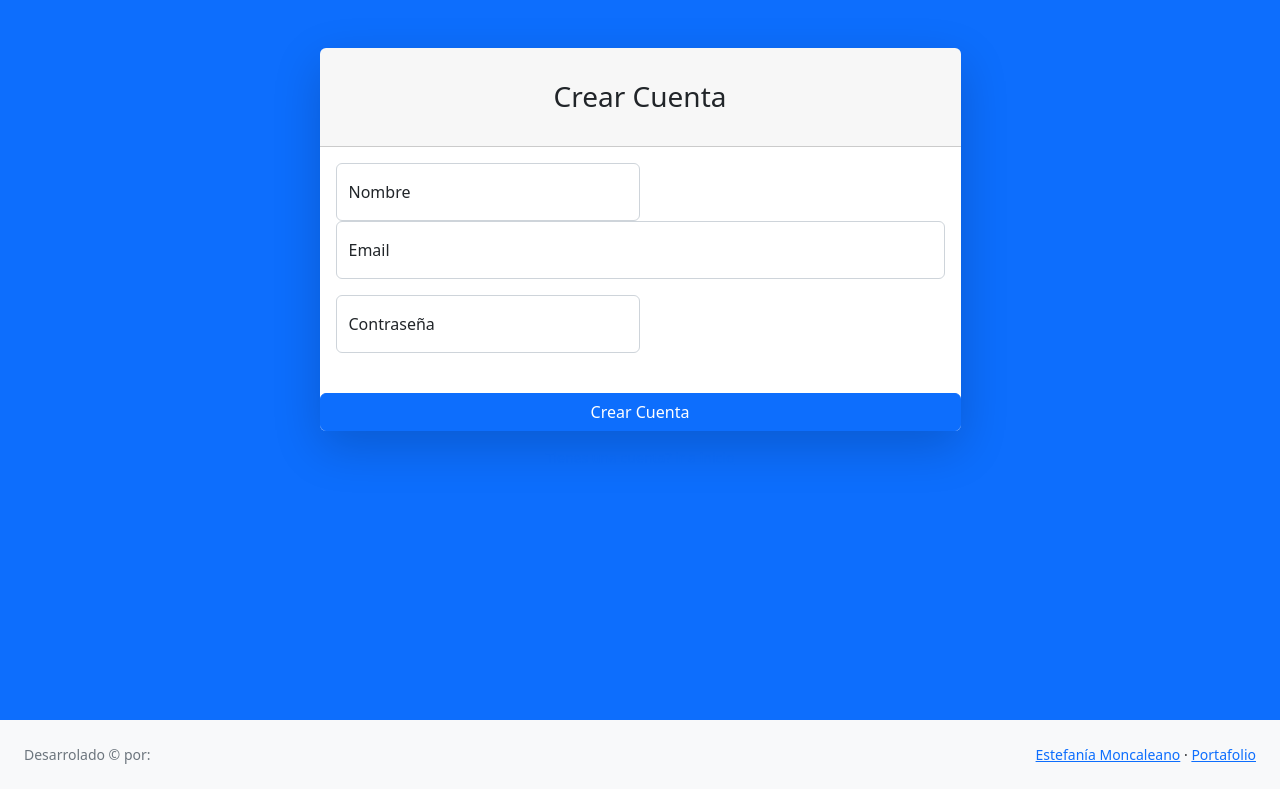
Repository: EstefaMH/Dashboard
Page: register.html
These files come from the project's save history. The page is drawn as it stood at one moment and after a run of saves; the edit follows.
The browser window is 1280 px wide. The pictures show the whole page.
Some web libraries are served in a nearby version.

Above is the page before, as saved 2023-12-29 02:40:20.

### register.html
<!DOCTYPE html>
<html lang="en">

<head>
    <meta charset="utf-8" />
    <meta http-equiv="X-UA-Compatible" content="IE=edge" />
    <meta name="viewport" content="width=device-width, initial-scale=1, shrink-to-fit=no" />
    <meta name="description" content="" />
    <meta name="author" content="" />
    <title>Registro - Admin</title>
    <link href="styles/styles.css" rel="stylesheet" />
    <script src="https://use.fontawesome.com/releases/v6.3.0/js/all.js" crossorigin="anonymous"></script>
</head>

<body class="bg-primary">
    <div id="layoutAuthentication">
        <div id="layoutAuthentication_content">
            <main>
                <div class="container">
                    <div class="row justify-content-center">
                        <div class="col-lg-7">
                            <div class="card shadow-lg border-0 rounded-lg mt-5">
                                <div class="card-header">
                                    <h3 class="text-center font-weight-light my-4">Crear Cuenta</h3>
                                </div>
                                <div class="card-body">
                                    <form class="form_register" id="form_register" name="form_register" onsubmit="submitFormRegister()">

                                            <div class="col-md-6">
                                                <div class="form-floating mb-3 mb-md-0">
                                                    <input required name="userName" class="form-control" id="inputFirstName"
                                                        type="text" placeholder="Enter your first name" />
                                                    <label for="inputFirstName">Nombre</label>
                                                </div>
                                            </div>


                                        <div class="form-floating mb-3">
                                            <input required name="email" class="form-control" id="inputEmail" type="email"
                                                placeholder="name@example.com" />
                                            <label for="inputEmail">Email </label>
                                        </div>

                                            <div class="col-md-6">
                                                <div class="form-floating mb-3 mb-md-0">
                                                    <input name="password" class="form-control" id="inputPassword"
                                                        type="password" placeholder="Create a password" />
                                                    <label for="inputPassword">Contraseña</label>
                                                </div>
                                            </div>

                                        </div>
                                        <div class="mt-4 mb-0">
                                            <div class="d-grid">
                                                <button class="btn btn-primary btn-block">Crear
                                                    Cuenta
                                                </button>
                                            </div>
                                        </div>
                                    </form>
                                </div>
                                <div class="card-footer text-center py-3">
                                    <div class="small"><a href="dashboard.html">Tienes una cuenta? ir a inicio</a></div>
                                </div>
                            </div>
                        </div>
                    </div>
                </div>
            </main>
        </div>
        <div id="layoutAuthentication_footer">
            <footer-component></footer-component>
        </div>
    </div>
    <script src="https://cdn.jsdelivr.net/npm/bootstrap@5.2.3/dist/js/bootstrap.bundle.min.js"
        crossorigin="anonymous"></script>
    <script src="js/scripts.js"></script>
    <script src="components/Footer.js"></script>
    <script src="functions/Auth/Register.js"></script>
    <script src="services/POST/postAdmin.js"></script>
    <script src="handlers/Register.js"></script>
    <script src="models/Admin.js"></script>
</body>

</html>

### js/scripts.js
/*!
    * Start Bootstrap - SB Admin v7.0.7 (https://startbootstrap.com/template/sb-admin)
    * Copyright 2013-2023 Start Bootstrap
    * Licensed under MIT (https://github.com/StartBootstrap/startbootstrap-sb-admin/blob/master/LICENSE)
    */
    //
// Scripts
//

window.addEventListener('DOMContentLoaded', event => {

    // Toggle the side navigation
    const sidebarToggle = document.body.querySelector('#sidebarToggle');
    if (sidebarToggle) {
        // Uncomment Below to persist sidebar toggle between refreshes
        // if (localStorage.getItem('sb|sidebar-toggle') === 'true') {
        //     document.body.classList.toggle('sb-sidenav-toggled');
        // }
        sidebarToggle.addEventListener('click', event => {
            event.preventDefault();
            document.body.classList.toggle('sb-sidenav-toggled');
            localStorage.setItem('sb|sidebar-toggle', document.body.classList.contains('sb-sidenav-toggled'));
        });
    }

});

### components/Footer.js
class FooterComponent extends HTMLElement {

    constructor() {
        super();
        this.render();
    }

    render() {
        this.innerHTML =
            `
            <footer class="py-4 bg-light mt-auto">
                <div class="container-fluid px-4">
                    <div class="d-flex align-items-center justify-content-between small">
                        <div class="text-muted">Desarrolado &copy; por: </div>
                        <div>
                            <a href="https://www.linkedin.com/in/estefan%C3%ADa-moncaleano">Estefanía Moncaleano</a>
                            &middot;
                            <a href="https://portafolio-react-og8w6l76g-estefamh.vercel.app/skills">Portafolio </a>
                        </div>
                    </div>
                </div>
            </footer>
                `
    }
}

customElements.define("footer-component", FooterComponent);

### functions/Auth/Register.js
async function submitFormRegister() {

    const admin = new Admin();

    let form = new FormData(form_register)
    console.log(form);
    const jsonData = {};

    form.forEach((value, key) => {
      jsonData[key] = value;
    });

    admin.userName = jsonData['userName'];
    admin.email = jsonData['email'];
    admin.password = jsonData['password'];

    postAdmin(admin.userName,admin.password , admin.email)
    handleRegister()
  }

### services/POST/postAdmin.js
async function postAdmin(userName, password, email) {

    try {

        const baseUrl = "http://localhost:3000";

        const data = { userName, password, email }

        const headers = {

            method: "POST",
            headers: {
                "Content-Type": "application/json",
            },
            body: JSON.stringify(data),

        }

        const response = await fetch(`${baseUrl}/admin`, headers);

        return response.status;


    } catch (error) {
        console.error("Error:", error);
    }


}

### handlers/Register.js


const handleRegister = () => {
    document.getElementById("form_register")
    .action = "index.html"
}

### models/Admin.js
class Admin {

    constructor(userName, email, password) {
        this.userName = userName;
        this.email = email;
        this.password = password;
    }

    setUser(userName, email, password) {
        localStorage.setItem("userName", userName);
        localStorage.setItem("email", email);
        localStorage.setItem("password", password);
    }

    removeUser() {
        localStorage.removeItem("userName");
        localStorage.removeItem("email");
        localStorage.removeItem("password");

        location.href = ("login.html");
    }


    async findUser(email) {


        let response = getAdmin().then((data) => {

            console.log(data)
            let adminData = data.find(admin => admin.email === email);
            console.log(adminData)

            return adminData;

        })
            .catch(error => {
                console.error('Error en la solicitud:', error);
            });

        return response;
    }

    async validationCredentialsUser(emailForm, passwordForm) {

        let user = await this.findUser(emailForm);
        console.log(user);

        if (user == undefined) {

            Swal.fire({
                title: "Usuario no encontrado",
                text: "Verifica tu email o registrate",
                icon: "warning",
                showCancelButton: true,
                confirmButtonText: "Registrarme",
                cancelButtonText: "Cancelar",
                reverseButtons: true
            }).then((result) => {
                if (result.isConfirmed) {
                    location.href = "register.html";
                }
            });
        }


        let { userName, password, email } = user


        if (emailForm != email) {

            Swal.fire({
                title: "Credenciales incorrectas",
                text: "El email ingresado es incorrecto",
                icon: "error"
            });

        } else if (passwordForm != password) {
            Swal.fire({
                title: "Credenciales incorrectas",
                text: "La contraseña ingresada es incorrecta",
                icon: "error"
            });

        } else {
            location.href = "dashboard.html";
            this.setUser(userName, email, password)
        }
    }

}

Loaded but not shown: styles/styles.css (library)

After the next 2 saves:
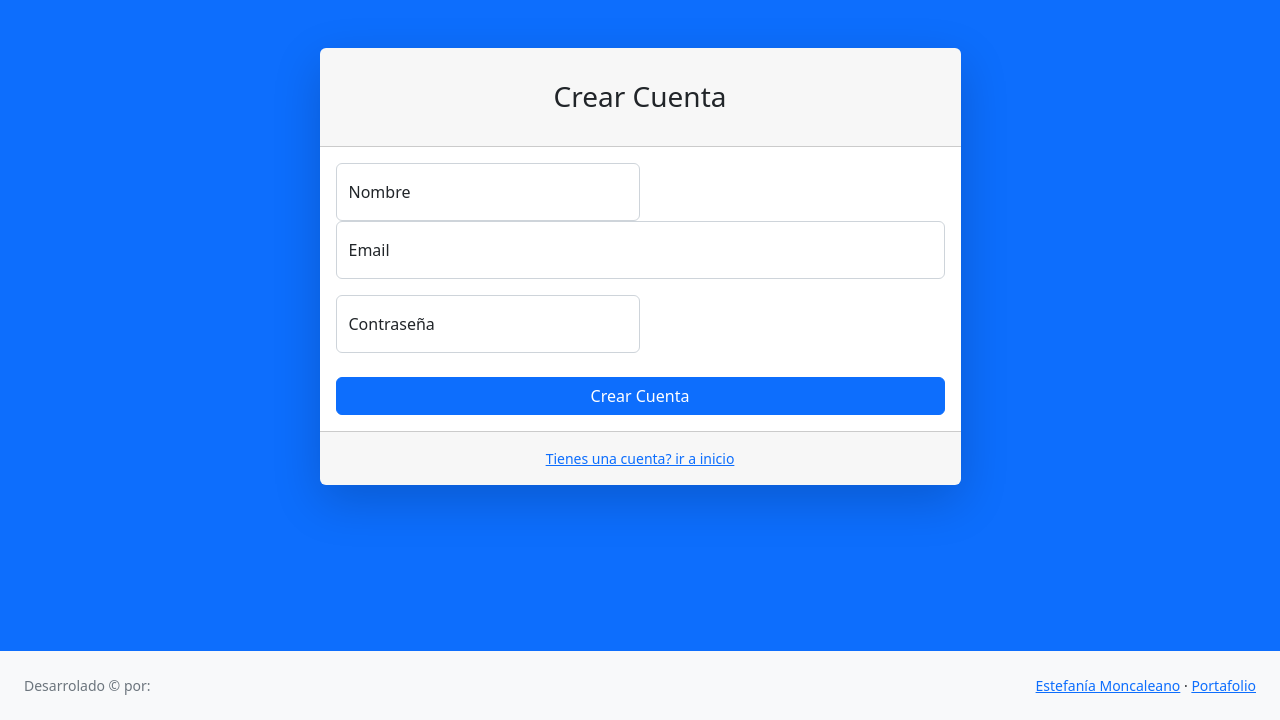
The 2 saves are shown as one change because they came seconds apart.
The last was saved 7 s later.
--- a/register.html
+++ b/register.html
@@ -24,32 +24,33 @@
                                     <h3 class="text-center font-weight-light my-4">Crear Cuenta</h3>
                                 </div>
                                 <div class="card-body">
-                                    <form class="form_register" id="form_register" name="form_register" onsubmit="submitFormRegister()">
+                                    <form class="form_register" id="form_register" name="form_register"
+                                        onsubmit="submitFormRegister()">
 
-                                            <div class="col-md-6">
-                                                <div class="form-floating mb-3 mb-md-0">
-                                                    <input required name="userName" class="form-control" id="inputFirstName"
-                                                        type="text" placeholder="Enter your first name" />
-                                                    <label for="inputFirstName">Nombre</label>
-                                                </div>
+                                        <div class="col-md-6">
+                                            <div class="form-floating mb-3 mb-md-0">
+                                                <input required name="userName" class="form-control" id="inputFirstName"
+                                                    type="text" placeholder="Enter your first name" />
+                                                <label for="inputFirstName">Nombre</label>
                                             </div>
+                                        </div>
 
 
                                         <div class="form-floating mb-3">
-                                            <input required name="email" class="form-control" id="inputEmail" type="email"
-                                                placeholder="name@example.com" />
+                                            <input required name="email" class="form-control" id="inputEmail"
+                                                type="email" placeholder="name@example.com" />
                                             <label for="inputEmail">Email </label>
                                         </div>
 
-                                            <div class="col-md-6">
-                                                <div class="form-floating mb-3 mb-md-0">
-                                                    <input name="password" class="form-control" id="inputPassword"
-                                                        type="password" placeholder="Create a password" />
-                                                    <label for="inputPassword">Contraseña</label>
-                                                </div>
+                                        <div class="col-md-6">
+                                            <div class="form-floating mb-3 mb-md-0">
+                                                <input name="password" class="form-control" id="inputPassword"
+                                                    type="password" placeholder="Create a password" />
+                                                <label for="inputPassword">Contraseña</label>
                                             </div>
+                                        </div>
 
-                                        </div>
+
                                         <div class="mt-4 mb-0">
                                             <div class="d-grid">
                                                 <button class="btn btn-primary btn-block">Crear
